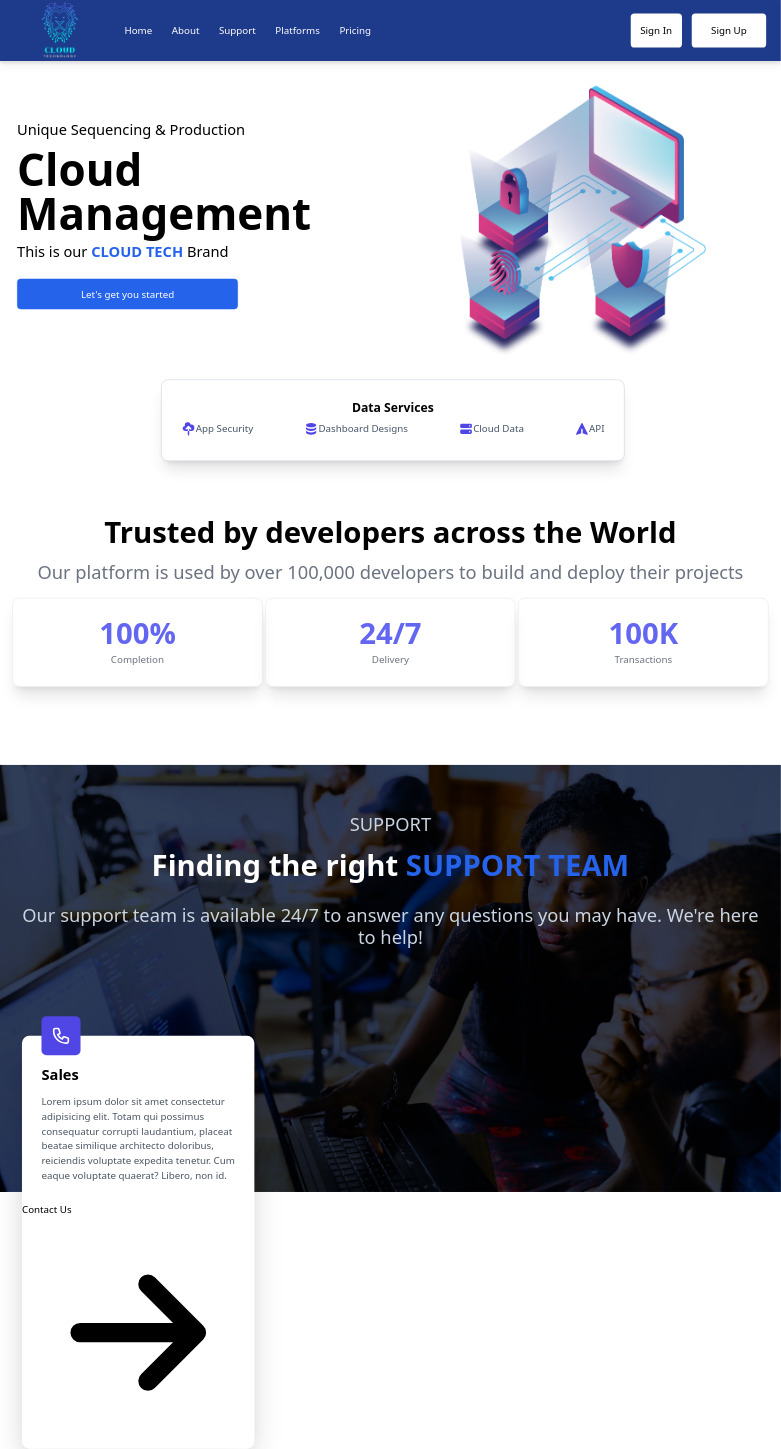
Repository: Esther-Kamau/cloud-management
Page: /
The author's editor kept a copy of each file at every save. The page is drawn from the files as they stood at one save, then again after the next save.
The browser window is 1280 px wide. The pictures show the whole page, at 61% of full size.
The project was rebuilt for these pictures with package versions that can differ from the ones it lists, and the page was loaded fresh each time. A package was used in the major version that the imports need, not the one package.json lists.

Above is the page before, as saved 2023-03-16 20:06:09.

### public/index.html
<!DOCTYPE html>
<html lang="en">
  <head>
    <meta charset="utf-8" />
    <link rel="icon" href="%PUBLIC_URL%/Logo.png" />
    <meta name="viewport" content="width=device-width, initial-scale=1" />
    <meta name="theme-color" content="#000000" />
    <meta
      name="description"
      content="Web site created using create-react-app"
    />
    <link rel="apple-touch-icon" href="%PUBLIC_URL%/Logo.png" />
    <!--
      manifest.json provides metadata used when your web app is installed on a
      user's mobile device or desktop. See https://developers.google.com/web/fundamentals/web-app-manifest/
    -->
    <link rel="manifest" href="%PUBLIC_URL%/manifest.json" />
    <!--
      Notice the use of %PUBLIC_URL% in the tags above.
      It will be replaced with the URL of the `public` folder during the build.
      Only files inside the `public` folder can be referenced from the HTML.

      Unlike "/favicon.ico" or "favicon.ico", "%PUBLIC_URL%/favicon.ico" will
      work correctly both with client-side routing and a non-root public URL.
      Learn how to configure a non-root public URL by running `npm run build`.
    -->
    <title>Cloud Technology</title>
  </head>
  <body>
    <noscript>You need to enable JavaScript to run this app.</noscript>
    <div id="root"></div>
    <!--
      This HTML file is a template.
      If you open it directly in the browser, you will see an empty page.

      You can add webfonts, meta tags, or analytics to this file.
      The build step will place the bundled scripts into the <body> tag.

      To begin the development, run `npm start` or `yarn start`.
      To create a production bundle, use `npm run build` or `yarn build`.
    -->
  </body>
</html>

### src/index.css
@tailwind base;
@tailwind components;
@tailwind utilities;

@layer base{
    li{
      @apply p-4 text-white hover:text-slate-300
    }
    button {
        @apply p-4 text-white border bg-blue-600 border-blue-600
        hover:bg-transparent hover:text-black rounded-md
      }
}

### src/App.jsx
import Navbar from "./components/Navbar"
import Hero from "./components/Hero"
import About from "./components/About"
import Support from "./components/Support"

function App() {
  return (

    <>
  <Navbar/>
  <Hero/>
  <About/>
  <Support/>
    </>
  );
}

export default App;

### src/components/Navbar.jsx
import React, { useState } from "react";
import { MenuIcon, XIcon } from "@heroicons/react/outline";
import Logo from "../assets/Logo.png";

const Navbar = () => {
  const [nav, setNav] = useState(false);
  const handleClick = () => setNav(!nav);

  return (
    <div className="w-screen h-[100px] z-10 bg-blue-900 fixed drop-shadow-lg">
      <div className="px-2 flex justify-between items-center w-full h-full">
        <div className="flex items-center">
          <img className="h-[180px] w-[180px]" src={Logo} alt="Logoimg" />
          <ul className="hidden md:flex">
            <li>Home</li>
            <li>About</li>
            <li>Support</li>
            <li>Platforms</li>
            <li>Pricing</li>
          </ul>
        </div>
        <div className="hidden md:flex pr-4">
          <button className="border-none bg-white text-black mr-4 hover:text-white hover:bg-blue-300">
            Sign In
          </button>
          <button className="border-none bg-white text-black px-8 py-3 hover:text-white hover:bg-blue-300">
            Sign Up
          </button>
        </div>
        {/* toggle state */}
        <div className="md:hidden" onClick={handleClick}>
          {/* if the opposite of nav is true display this else xicon */}
          {!nav ? (
            <MenuIcon className="w-8 stroke-white" />
          ) : (
            <XIcon className="w-8 stroke-white" />
          )}
        </div>
      </div>
      {/* if nav is not true hide the menu if tru display the menu */}
      <ul className={!nav ? "hidden" : "absolute bg-blue-900 w-full px-8"}>
        <li className="border-b-2 border-blue-200 w-full">Home</li>
        <li className="border-b-2 border-blue-200 w-full">About</li>
        <li className="border-b-2 border-blue-200 w-full">Support</li>
        <li className="border-b-2 border-blue-200 w-full">Platforms</li>
        <li className="border-b-2 border-blue-200 w-full">Pricing</li>
        <div className="flex flex-col my-4">
          <button className=" bg-transparent text-white mb-4 hover:bg-white hover:text-black">Sign In</button>

          <button className="px-8 py-3">Sign Up</button>
        </div>
      </ul>
    </div>
  );
};

export default Navbar;

### src/components/Hero.jsx
import React from "react";
import {
  CloudUploadIcon,
  DatabaseIcon,
  PaperAirplaneIcon,
  ServerIcon,
} from "@heroicons/react/solid";

import bgImg from "../assets/cyber-bg.png";

const Hero = () => {
  return (
    <div className="w-full h-screen flex flex-col justify-between">
      <div className="grid md:grid-cols-2 max-w-[1240px] m-auto">
        <div className="flex flex-col justify-center md:items-start w-full px-2 py-3">
          <p className="text-2xl">Unique Sequencing & Production</p>
          <h1 className="py-3 text-5xl font-bold md:text-7xl">
            Cloud Management
          </h1>
          <p className="text-2xl mb-3">
            This is our{" "}
            <span className="text-blue-600 font-bold">CLOUD TECH</span> Brand
          </p>
          <button className="py-3 px-6 sm:w-[60%] my-4">
            Let's get you started
          </button>
        </div>
        <div>
          <img src={bgImg} alt="bg" className="w-full" />
        </div>
        {/* check on this later: absolute position */}
        <div
         className='absolute flex flex-col py-8 md:min-w-[760px] bottom-[-5%]
         mx-1 md:left-1/2 transform md:-translate-x-1/2 bg-white
         border border-slate-300 rounded-xl text-center shadow-xl'
        >
          <p className="text-xl font-semibold text-center">Data Services</p>
          <div className="flex flex-wrap justify-between px-4">
            <p className="flex px-4 py-2 text-slate-600"><CloudUploadIcon  className="h-6 text-indigo-600" /> App Security</p>
            <p className="flex px-4 py-2 text-slate-600"><DatabaseIcon className="h-6 text-indigo-600" /> Dashboard Designs</p>
            <p className="flex px-4 py-2 text-slate-600"><ServerIcon className="h-6 text-indigo-600"/> Cloud Data</p>
            <p className="flex px-4 py-2 text-slate-600"><PaperAirplaneIcon className="h-6 text-indigo-600"/> API</p>
          </div>
        </div>
      </div>
    </div>
  );
};

export default Hero;

### src/components/About.jsx
import React from "react";

const About = () => {
  return (
    <div className="w-full my-32">
      <div className="max-w-[1240px] mx-auto">
        <div className="text-center">
          <h2 className="text-5xl font-bold">
            Trusted by developers across the World
          </h2>
          <p className="text-3xl py-6 text-gray-500 font-medium">
            Our platform is used by over 100,000 developers to build and deploy
            their projects
          </p>
        </div>
<div className="grid md:grid-cols-3 gap-1 text-center">

        <div  className="border py-8 rounded-xl shadow-xl ">
          <p className="text-5xl text-indigo-500 font-bold">100%</p>
          <p className="text-gray-500 mt-2">Completion</p>
        </div>
        <div className="border py-8 rounded-xl shadow-xl ">
          <p className="text-5xl text-indigo-500 font-bold">24/7</p>
          <p className="text-gray-500 mt-2">Delivery</p>
        </div>
        <div className="border py-8 rounded-xl shadow-xl ">
          <p className="text-5xl text-indigo-500 font-bold">100K</p>
          <p className="text-gray-500 mt-2">Transactions</p>
        </div>
</div>
      </div>
    </div>
  );
};

export default About;

### src/components/Support.jsx
import React from "react";
import { PhoneIcon, ArrowSmRightIcon } from "@heroicons/react/outline";
import { ChipIcon, SupportIcon } from "@heroicons/react/solid";

import supportImg from "../assets/support.jpg";

const Support = () => {
  return (
    <div className="w-full h-screen mt-24">
      <div className="w-full h-[700px] bg-gray-900/90 absolute">
        <img
          src={supportImg}
          alt="/"
          className="w-full h-full object-cover mix-blend-overlay"
        />
      </div>
      <div className="max-w-[1240px] mx-auto text-white relative">
        <div className="px-4 py-12">
          <h2 className="pt-8 text-3xl uppercase text-center text-slate-300">Support</h2>
          <p className=" text-center text-5xl font-bold py-6 ">
            Finding the right
             <span className="text-blue-600"> SUPPORT TEAM</span>
          </p>
          <p className="text-3xl text-slate-300 py-4 text-center">
            Our support team is available 24/7 to answer any questions you may
            have. We're here to help!
          </p>
        </div>
        <div className="grid grid-cols-1 lg:grid-cols-3 relative gap-y-16 gap-x-8 px-4 pt-12 sm:pt-20 text-black">
          <div className="bg-white rounded-xl shadow-2xl">
            <div className="p-8">
              <PhoneIcon className="p-4 w-16 text-white bg-indigo-600 mt-[-4rem] rounded-lg"/>
              <h3 className="text-2xl my-4 font-bold">Sales</h3>
              <p className="text-gray-600 ">
                Lorem ipsum dolor sit amet consectetur adipisicing elit. Totam
                qui possimus consequatur corrupti laudantium, placeat beatae
                similique architecto doloribus, reiciendis voluptate expedita
                tenetur. Cum eaque voluptate quaerat? Libero, non id.
              </p>
            </div>
            <div>
              <p>
                Contact Us <ArrowSmRightIcon />
              </p>
            </div>
          </div>
        </div>
      </div>
    </div>
  );
};

export default Support;

### tailwind.config.js
/** @type {import('tailwindcss').Config} */
module.exports = {
  content: ['./src/**/*.{js,jsx,ts,tsx}'],
  theme: {
    screens: {
      sm: '640px',
      // => @media (min-width: 640px) { ... }

      md: '768px',
      // => @media (min-width: 768px) { ... }

      lg: '1024px',
      // => @media (min-width: 1024px) { ... }

      xl: '1280px',
      // => @media (min-width: 1280px) { ... }

      '2xl': '1536px',
      // => @media (min-width: 1536px) { ... }
    },
  },
  plugins: [],
};

Loaded but not shown: src/index.js (common file)

After the next save:
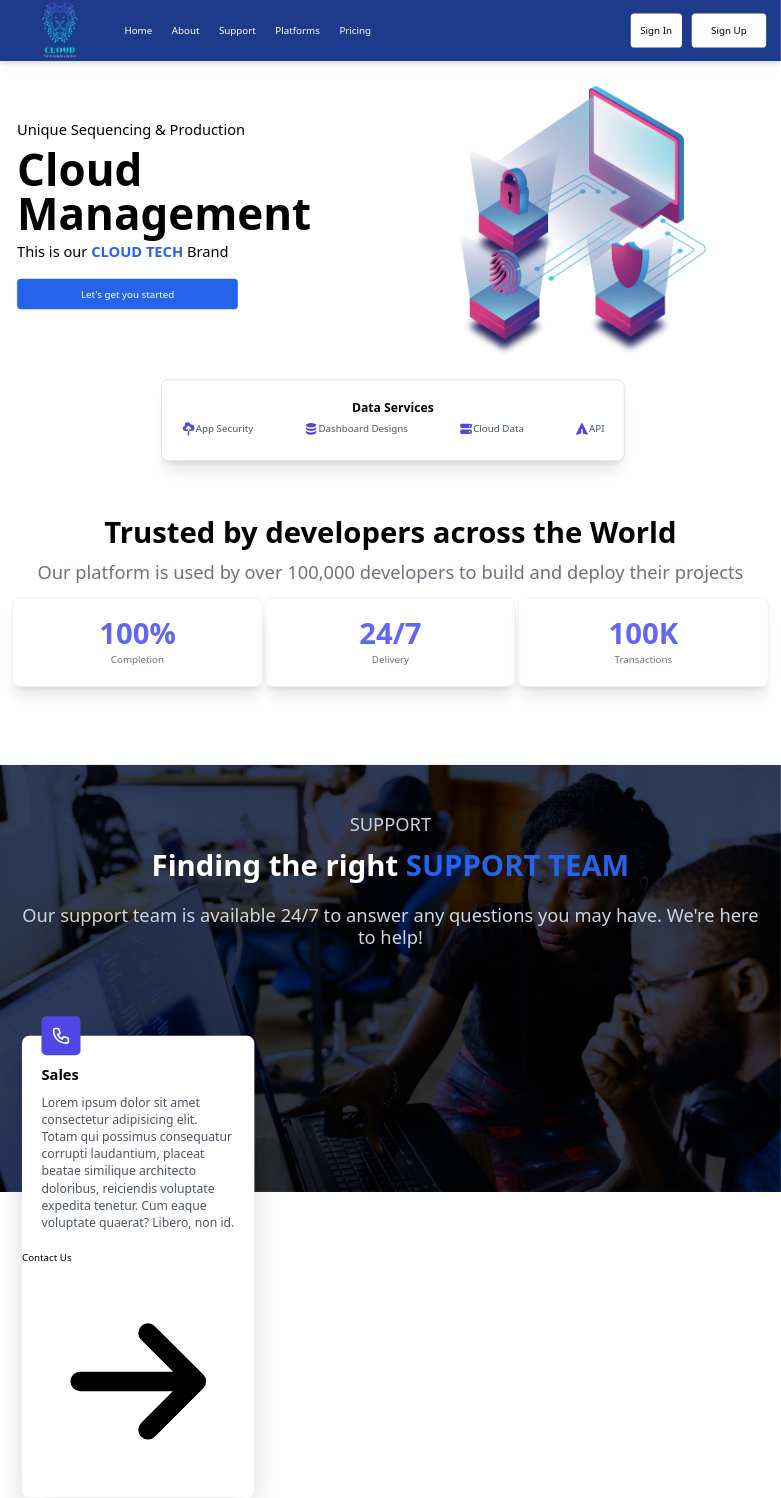
Saved 7 s later.
--- a/src/components/Support.jsx
+++ b/src/components/Support.jsx
@@ -31,7 +31,7 @@ const Support = () => {
             <div className="p-8">
               <PhoneIcon className="p-4 w-16 text-white bg-indigo-600 mt-[-4rem] rounded-lg"/>
               <h3 className="text-2xl my-4 font-bold">Sales</h3>
-              <p className="text-gray-600 ">
+              <p className="text-gray-600 text-xl">
                 Lorem ipsum dolor sit amet consectetur adipisicing elit. Totam
                 qui possimus consequatur corrupti laudantium, placeat beatae
                 similique architecto doloribus, reiciendis voluptate expedita
